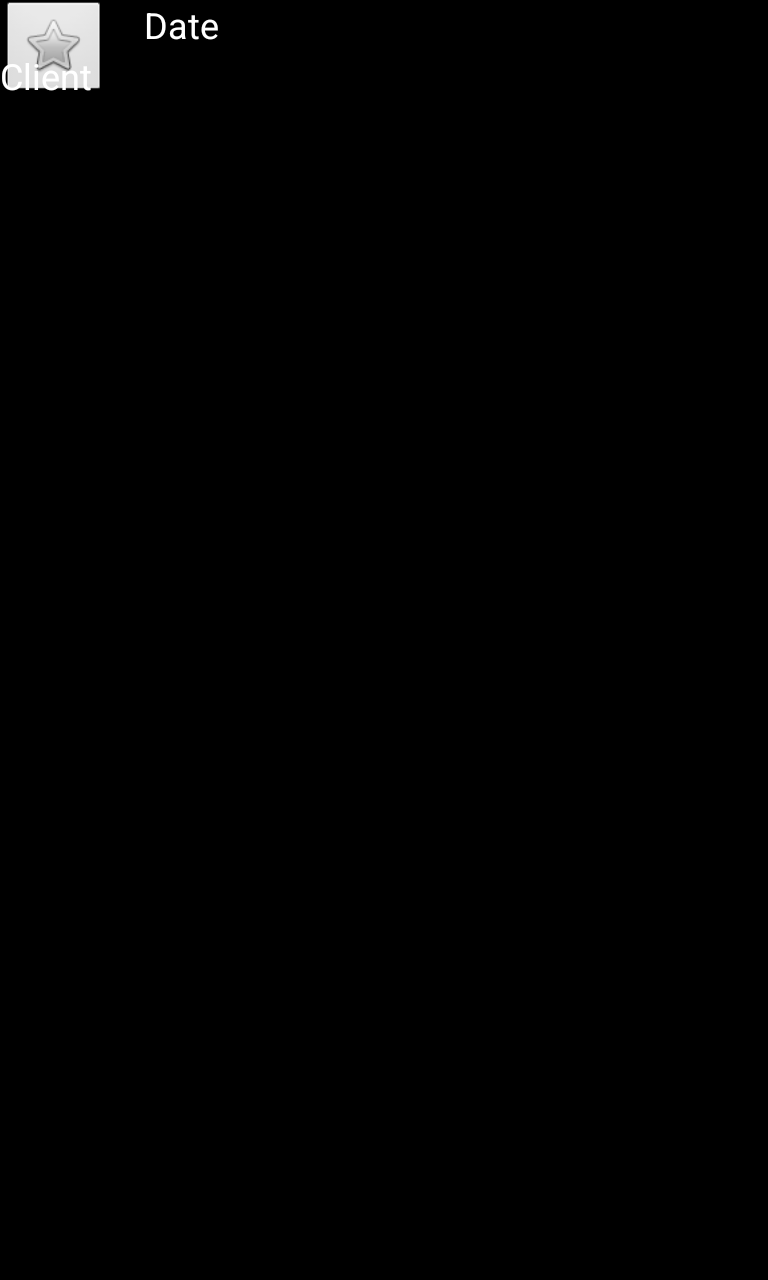
Repository: codingricky/android-expense-it
Layout: expenseit/res/layout/receiptlistrow.xml
The author's editor kept a copy of each file at every save. The layout is drawn from the files as they stood at one save, then again after the next save.
It is drawn on a 768 x 1280 px phone screen (xhdpi) without system bars, with theme android:Theme; the app's code is not run.

Above is the layout before, as saved 2012-05-01 21:06:12.

### expenseit/res/layout/receiptlistrow.xml
<?xml version="1.0" encoding="utf-8"?>
    <RelativeLayout xmlns:android="http://schemas.android.com/apk/res/android"
        android:id="@+id/relativeLayout1"
        android:layout_width="fill_parent"
        android:layout_height="fill_parent" >

        <ImageButton
            android:id="@+id/imageReceiptRow"
            android:layout_width="wrap_content"
            android:layout_height="wrap_content"
            android:layout_alignParentLeft="true"
            android:layout_alignParentTop="true"
            android:src="@android:drawable/btn_star" />

        <TextView
            android:id="@+id/dateReceiptRow"
            android:layout_width="wrap_content"
            android:layout_height="wrap_content"
            android:layout_alignParentTop="true"
            android:layout_marginLeft="18dp"
            android:layout_toRightOf="@+id/imageReceiptRow"
            android:text="Date"
            android:textAppearance="?android:attr/textAppearanceMedium" />

        <TextView
            android:id="@+id/clientReceiptRow"
            android:layout_width="wrap_content"
            android:layout_height="wrap_content"
            android:layout_alignBottom="@+id/imageReceiptRow"
            android:layout_alignLeft="@+id/clientReceiptRow"
            android:text="Client"
            android:textAppearance="?android:attr/textAppearanceMedium" />

    </RelativeLayout>

After the next save:
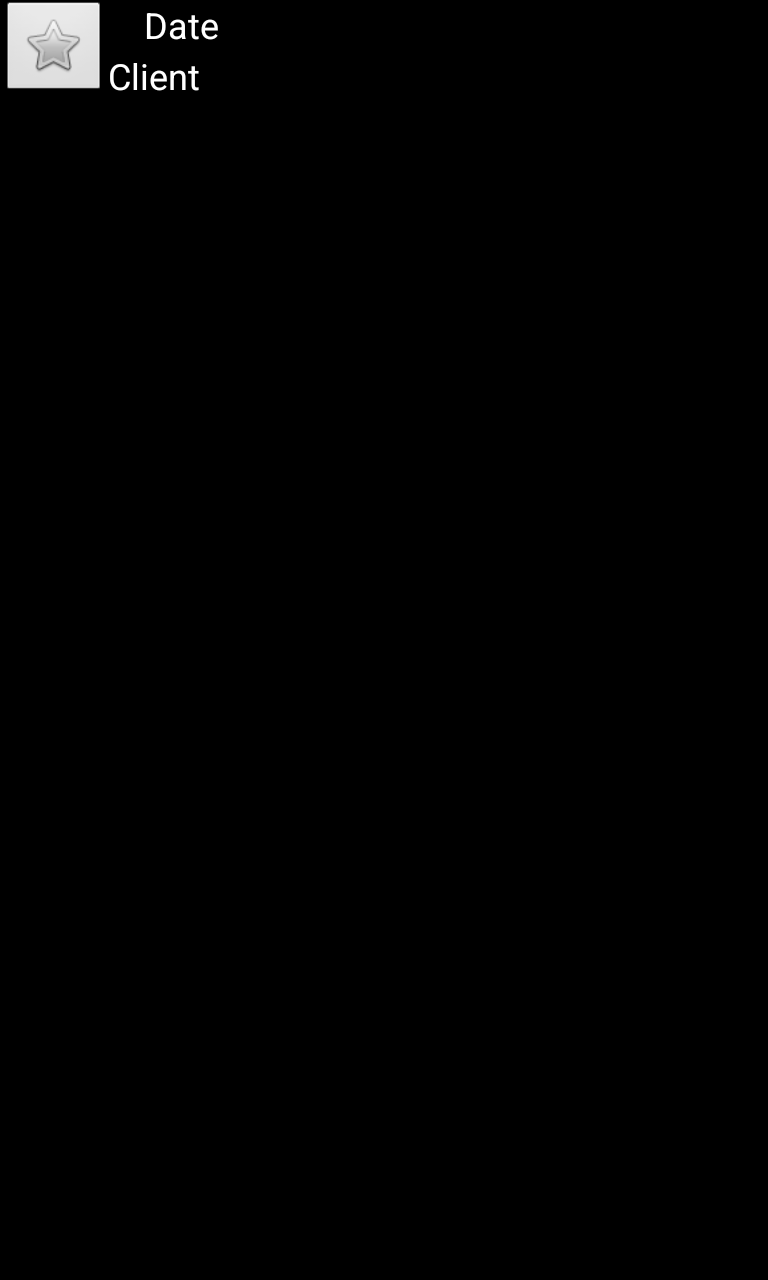
Saved 13 s later.
--- a/expenseit/res/layout/receiptlistrow.xml
+++ b/expenseit/res/layout/receiptlistrow.xml
@@ -28,6 +28,8 @@
             android:layout_height="wrap_content"
             android:layout_alignBottom="@+id/imageReceiptRow"
             android:layout_alignLeft="@+id/clientReceiptRow"
+                        android:layout_toRightOf="@+id/imageReceiptRow"
+
             android:text="Client"
             android:textAppearance="?android:attr/textAppearanceMedium" />
 
